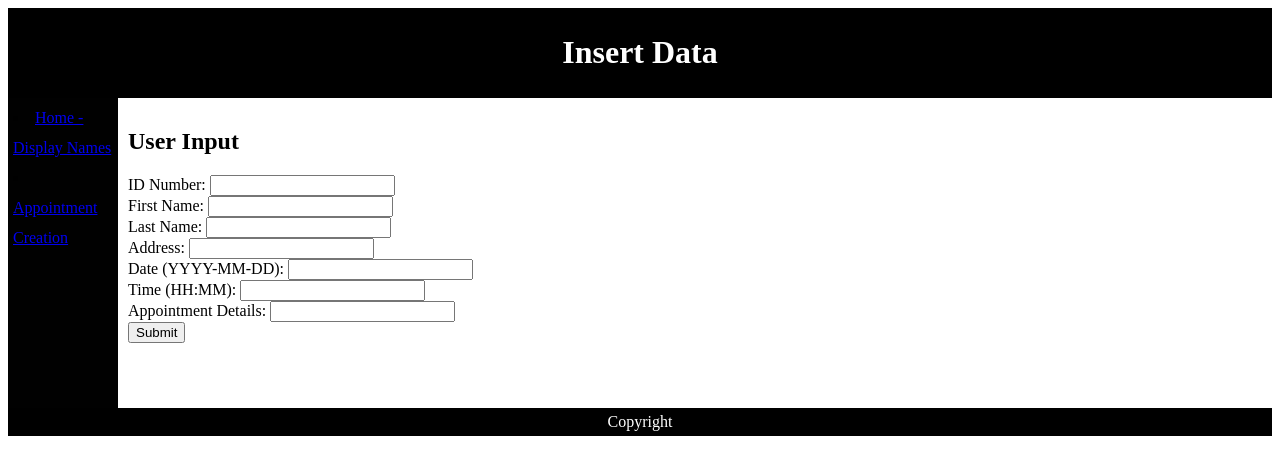
Repository: Doniico/G1_ODM
Page: workspaceCSCI4830-teamproject/teamproject/WebContent/simpleInsertHB.html
These files come from the project's save history. The page is drawn as it stood at one moment and after the next save; the edit follows.
The browser window is 1280 px wide. The pictures show the whole page.

Above is the page before, as saved 2020-04-02 05:13:48.

After the next save:
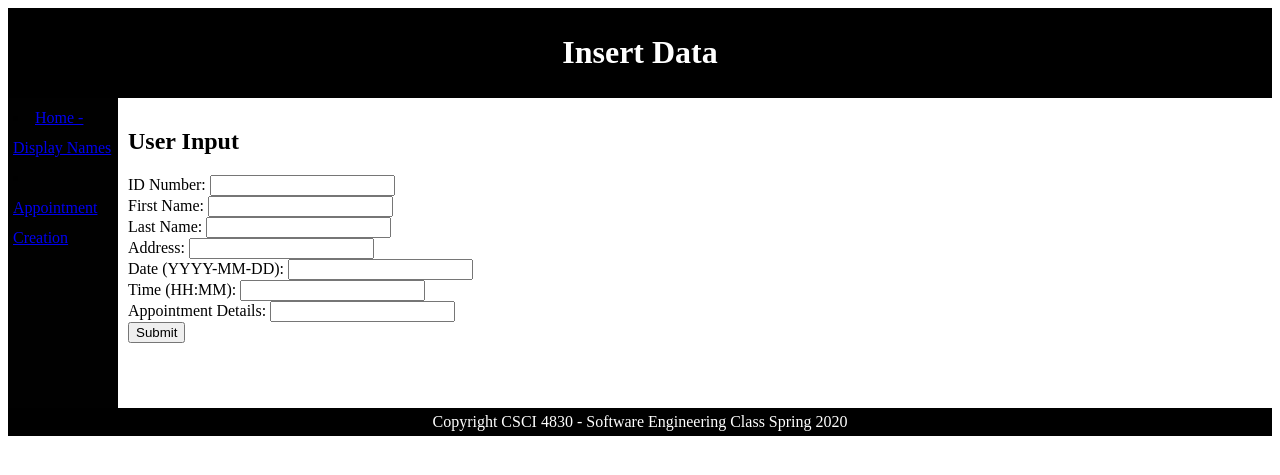
Saved 53 s later.
--- a/workspaceCSCI4830-teamproject/teamproject/WebContent/simpleInsertHB.html
+++ b/workspaceCSCI4830-teamproject/teamproject/WebContent/simpleInsertHB.html
@@ -60,7 +60,7 @@ footer {
 </section>
 
 <footer>
-Copyright
+Copyright CSCI 4830 - Software Engineering Class Spring 2020
 </footer>
 </body>
 </html>
